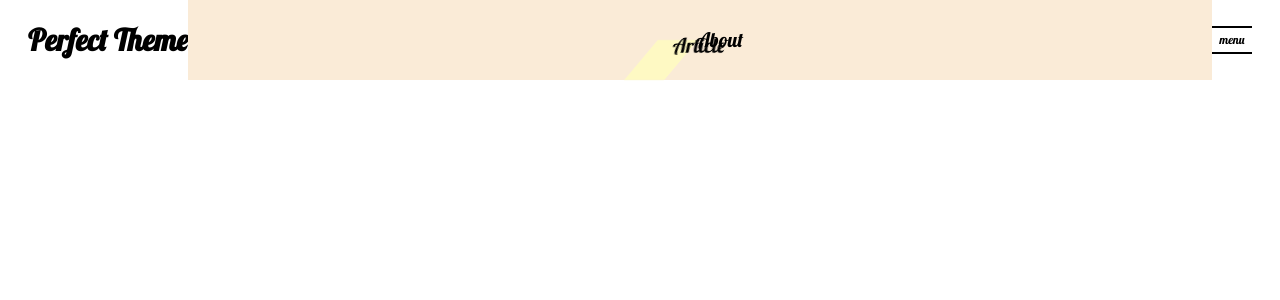
Repository: hsumyatm7308/laravel-blog
Page: blogweb/resources/views/blog/headerlayout.html
The author's editor kept a copy of each file at every save. The page is drawn from the files as they stood at one save, then again after the next save.
The browser window is 1280 px wide. The pictures show the whole page.
Some web libraries are served in a nearby version.

Above is the page before, as saved 2023-09-04 15:54:46.

### blogweb/resources/views/blog/headerlayout.html
<!DOCTYPE html>
<html>

<head>
    <title>@yield('title')</title>
    <script src="https://cdn.tailwindcss.com"></script>

</head>
<style>
    @import url('https://fonts.googleapis.com/css2?family=Lobster&display=swap');

    body {
        font-family: 'Lobster', cursive;
    }

    .container {
        width: 80%;
        background-color: antiquewhite;
        position: relative;

        display: flex;
        justify-content: center;
        align-items: center;

    }

    .skewtextctn {
        position: fixed;
        /* left: 0;
        top: 0; */
        transform: skew(-40deg);

    }

    .article {
        position: fixed;
        left: 50%;
        bottom: 50%;



        transform: skew(40deg);

    }
</style>

<body class="bg-[#ffff]">
    <nav class="w-[100vw] flex justify-center items-center">
        <h1 class="text-3xl font-semibold">Perfect Theme</h1>

        <div class="w-[80%] h-20 flex justify-center items-center container">
            <div class="flex justify-center items-center list-none">
                <li class="p-5 mr-4 lictn">
                    <div class="bg-yellow-100 p-5 skewtextctn">
                        <a href="" class="text-xl text-black article">Article</a>
                    </div>
                </li>
                <li class="p-5 mr-4"><a href="" class="text-xl">About</a></li>
            </div>


        </div>

        <div class=" transform ">
            <span class="text-xs flex justify-center items-center flex-col">
                <div class="w-10 h-[2px] bg-black"></div>
                <span class="p-1 "> menu</span>
                <div class="w-10 h-[2px] bg-black font-semibold"></div>
            </span>
        </div>
    </nav>

</body>

</html>

After the next save:
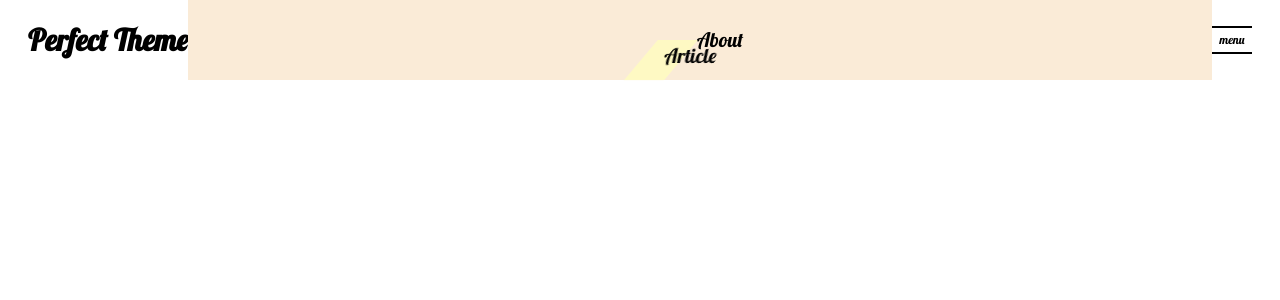
Saved 9 s later.
--- a/blogweb/resources/views/blog/headerlayout.html
+++ b/blogweb/resources/views/blog/headerlayout.html
@@ -35,7 +35,7 @@
     .article {
         position: fixed;
         left: 50%;
-        bottom: 50%;
+        bottom: 10px;
 
 
 
